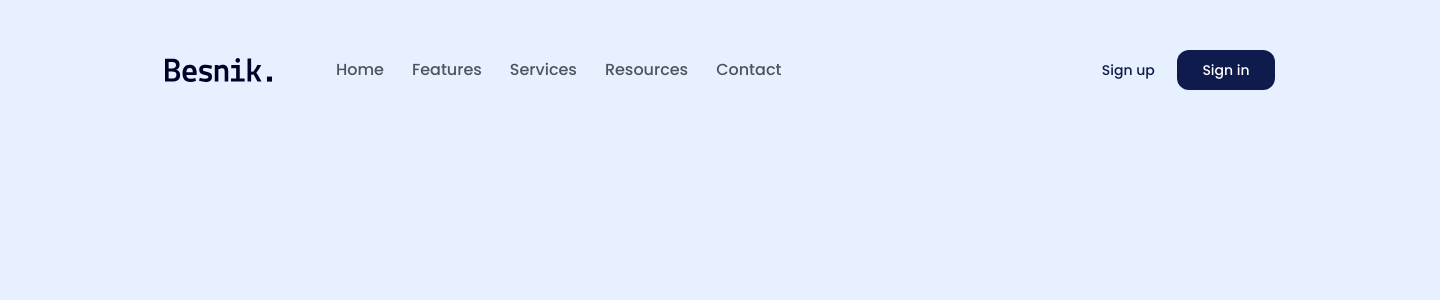
Repository: datvu1608/dv-htmlcss-01
Page: index.html
These files come from the project's save history. The page is drawn as it stood at one moment and after the next save; the edit follows.
The browser window is 1280 px wide. The page is 1440 px wide, so the pictures cover 1440 px, including what lies to the right of the window. The pictures show the whole page.
The pointer rests on the first visible `.btn`.

Above is the page before, as saved 2023-06-01 14:38:17.

After the next save:
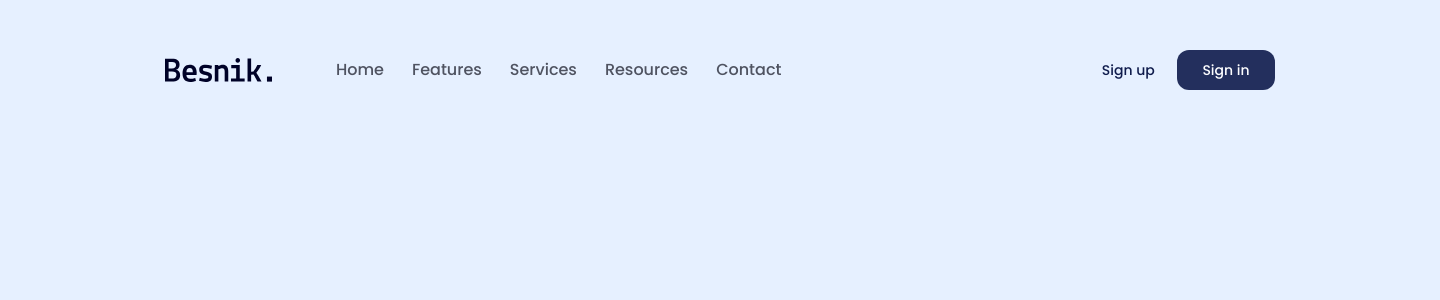
Saved 52 s later.
--- a/assets/css/style.css
+++ b/assets/css/style.css
@@ -30,7 +30,9 @@
   text-align: center;
   color: #fff;
 }
-
+.btn:hover {
+  opacity: 0.9;
+}
 /* Header */
 .header {
   width: 1440px;
